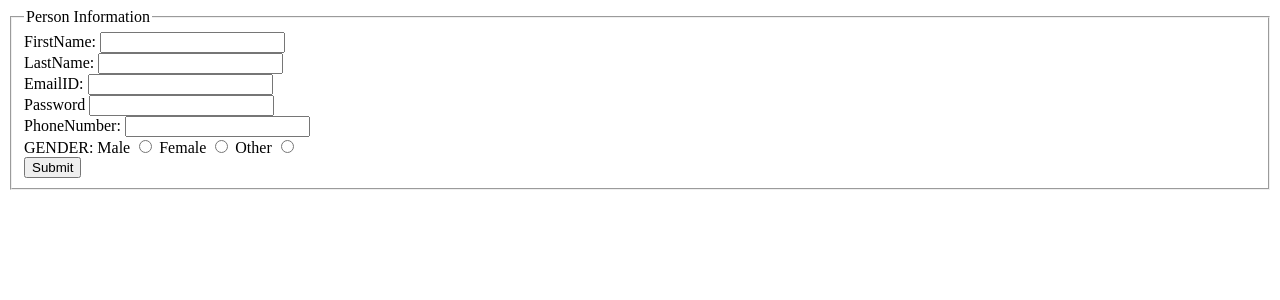
Repository: Tharungandhi/ServeltProject
Page: LginRegistrationApp/WebContent/registration.html
The author's editor kept a copy of each file at every save. The page is drawn from the files as they stood at one save, then again after the next save.
The browser window is 1280 px wide. The pictures show the whole page.

Above is the page before, as saved 2019-01-22 09:22:40.

After the next save:
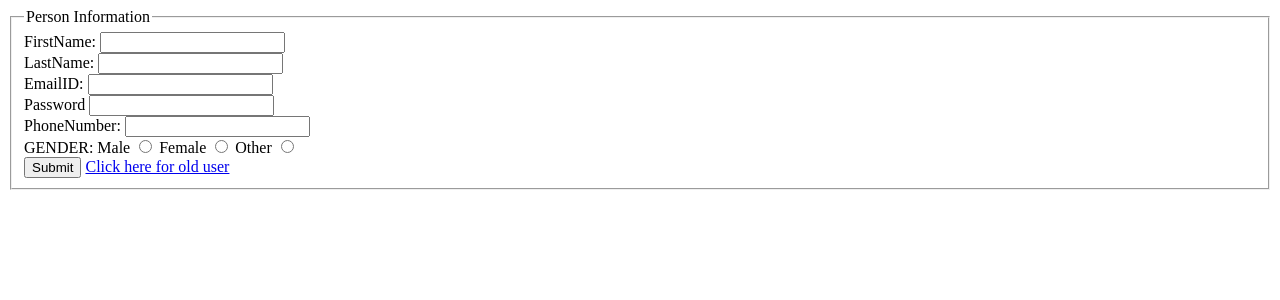
Saved 85 s later.
--- a/LginRegistrationApp/WebContent/registration.html
+++ b/LginRegistrationApp/WebContent/registration.html
@@ -35,6 +35,7 @@
 <input type="radio" name="gender" value="other" required/>
 </div>
 <input type="submit" name="submit"/>
+<a href=login.html> Click here for old user </a>
 </fieldset>
 </form>
 </body>
